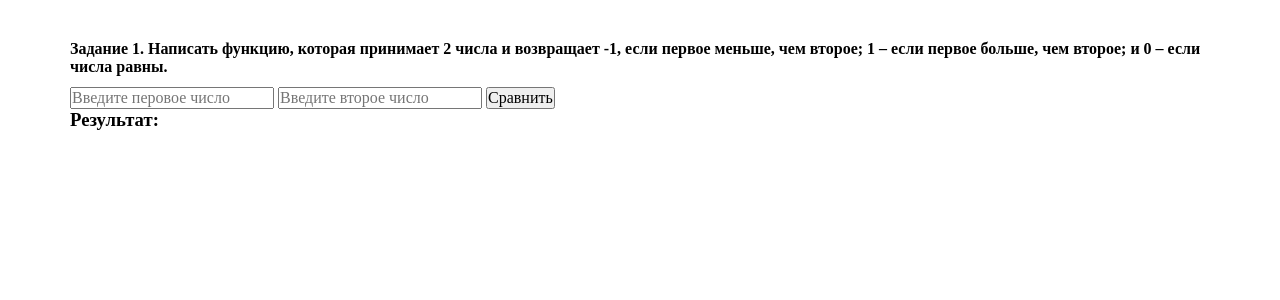
Repository: NastyaGavrilova/Beetroot-js
Page: HW3/index.html
These files come from the project's save history. The page is drawn as it stood at one moment and after the next save; the edit follows.
The browser window is 1280 px wide. The pictures show the whole page.

Above is the page before, as saved 2021-10-18 14:11:04.

### HW3/index.html
<!DOCTYPE html>
<html lang="en">
  <head>
    <meta charset="UTF-8" />
    <meta http-equiv="X-UA-Compatible" content="IE=edge" />
    <meta name="viewport" content="width=device-width, initial-scale=1.0" />
    <link
      rel="stylesheet"
      href="https://cdnjs.cloudflare.com/ajax/libs/normalize/8.0.1/normalize.min.css"
      integrity="sha512-NhSC1YmyruXifcj/KFRWoC561YpHpc5Jtzgvbuzx5VozKpWvQ+4nXhPdFgmx8xqexRcpAglTj9sIBWINXa8x5w=="
      crossorigin="anonymous"
      referrerpolicy="no-referrer"
    />
    <link rel="stylesheet" href="./index.css" />
    <title>Functions</title>
  </head>
  <body>
    <section class="c-task-one">
      <h4 class="c-task-one__title">
        Задание 1. Написать функцию, которая принимает 2 числа и возвращает -1,
        если первое меньше, чем второе; 1 – если первое больше, чем второе; и 0
        – если числа равны.
      </h4>
      <form
        action="#"
        method="post"
        class="c-task-one__form"
        id="js-task1-form"
      >
        <input
          type="number"
          id="js-task1-input1"
          placeholder="Введите перовое число"
        />
        <input
          type="number"
          id="js-task1-input2"
          placeholder="Введите второе число"
        />
        <button id="js-task1-btn">Сравнить</button>
        <h3>Результат: <span id="js-task1-span"></span></h3>
      </form>
    </section>

    <script src="./index.js"></script>
  </body>
</html>

### HW3/index.css
* {
  box-sizing: border-box;
  padding: 0;
  margin: 0;
}

body {
  max-width: 1200px;
  margin: 0 auto;
}
.c-task-one {
  padding: 40px 30px;
}
.js-task1-form {
  display: flex;
}
.c-task-one__title {
  margin-bottom: 10px;
}

### HW3/index.js
// const log = console.log;
// Task 1
let btn1 = document.getElementById("js-task1-btn");
btn1.addEventListener("click", (e) => {
  e.preventDefault();
  let task = document.getElementById("js-task1-input1");
  let task1 = document.getElementById("js-task1-input2");
  let span1 = document.getElementById("js-task1-span");
  let one = 1;
  let minusOne = -1;
  let zero = 0;
  if (task.value < task1.value) {
    return (span1.innerHTML = minusOne);
  } else if (task.value > task1.value) {
    return (span1.innerHTML = one);
  } else if (task.value == task1.value) {
    return (span1.innerHTML = zero);
  }
});

// task 2
// let numbFactorial = +prompt(
//   "Задание 2. Введите чилсло, для решения факториала"
// );

// let factorial = (arg) => {
//   return arg ? arg * factorial(arg - 1) : 1;
// };
// log(factorial(numbFactorial));

// task 3
// let numb1 = +prompt("Задание 3. Введите первое число");
// let numb2 = +prompt("Задание 3. Введите второе число");
// let numb3 = +prompt("Задание 3. Введите третье число");
// let singleNum = (n, n1, n2) => {
//   if (isNaN(n, n1, n2)) {
//     return log(`Введенное исло не цыфра!`);
//   }
//   return log(`${n}${n1}${n2}`);
// };
// singleNum(numb1, numb2, numb3);

// task 4

// let side = +prompt("Задание 4. Введите первую сторону.");
// let side1 = +prompt("Задание 4. Введите второю сторону.");

// let square = (s, s1) => {
//   let square1;
//   if (s != "" && s1 != "") {
//     square1 = s * s1;
//     return log(`Площадь прямоугольника ${square1}`);
//   } else if (s != "" && s1 == "") {
//     square1 = s * s;
//     log(`Площадь квадрата ${square1}`);
//   } else if (s == "" && s1 != "") {
//     square1 = s1 * s1;
//     log(`Площадь квадрата ${square1}`);
//   }
// };

// square(side, side1);

After the next save:
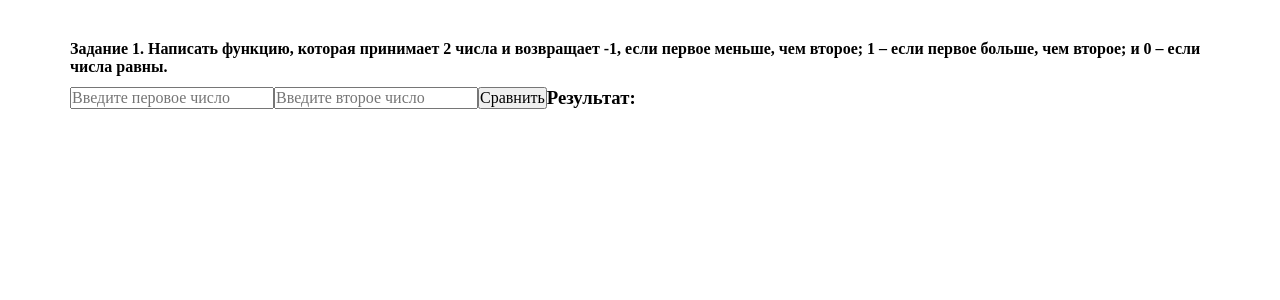
Saved 27 s later.
--- a/HW3/index.css
+++ b/HW3/index.css
@@ -11,7 +11,7 @@
 .c-task-one {
   padding: 40px 30px;
 }
-.js-task1-form {
+.c-task-one__form {
   display: flex;
 }
 .c-task-one__title {

After the save that followed:
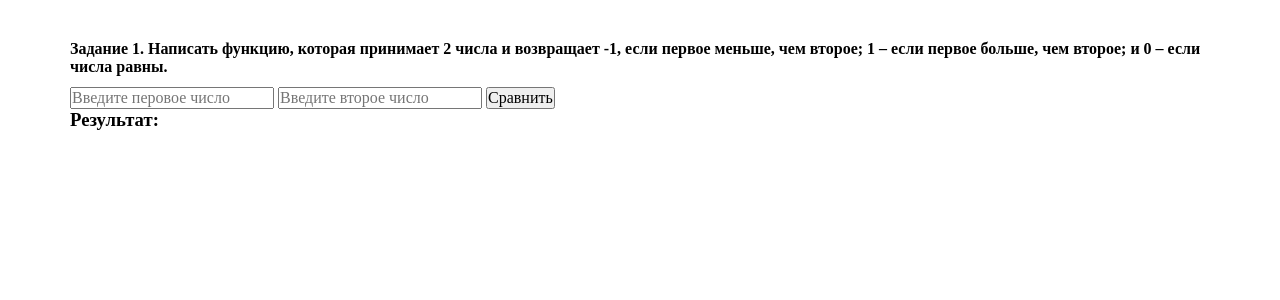
Saved 18 s later.
--- a/HW3/index.css
+++ b/HW3/index.css
@@ -11,9 +11,7 @@
 .c-task-one {
   padding: 40px 30px;
 }
-.c-task-one__form {
-  display: flex;
-}
+
 .c-task-one__title {
   margin-bottom: 10px;
 }
